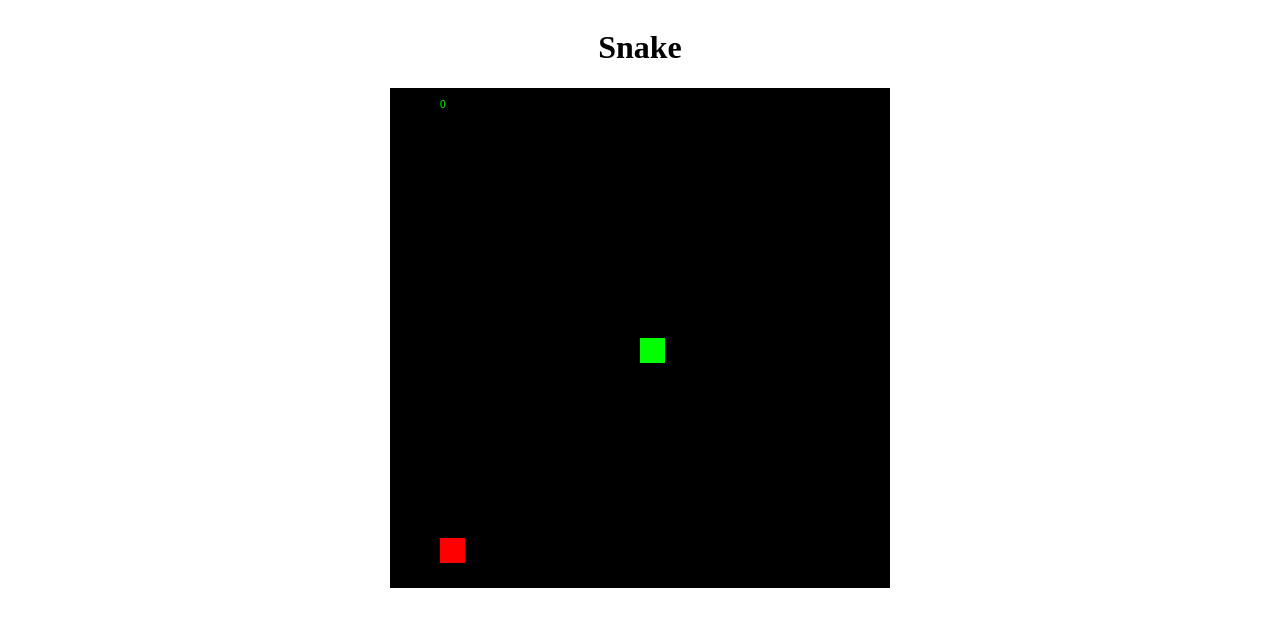
Repository: Siphamandla201/snake
Page: snake.html
An editor plug-in stored every save of this project. The page is shown before and after the next save, followed by the edit.
The browser window is 1280 px wide. The pictures show the whole page.

Above is the page before, as saved 2023-07-25 16:31:35.

After the next save:
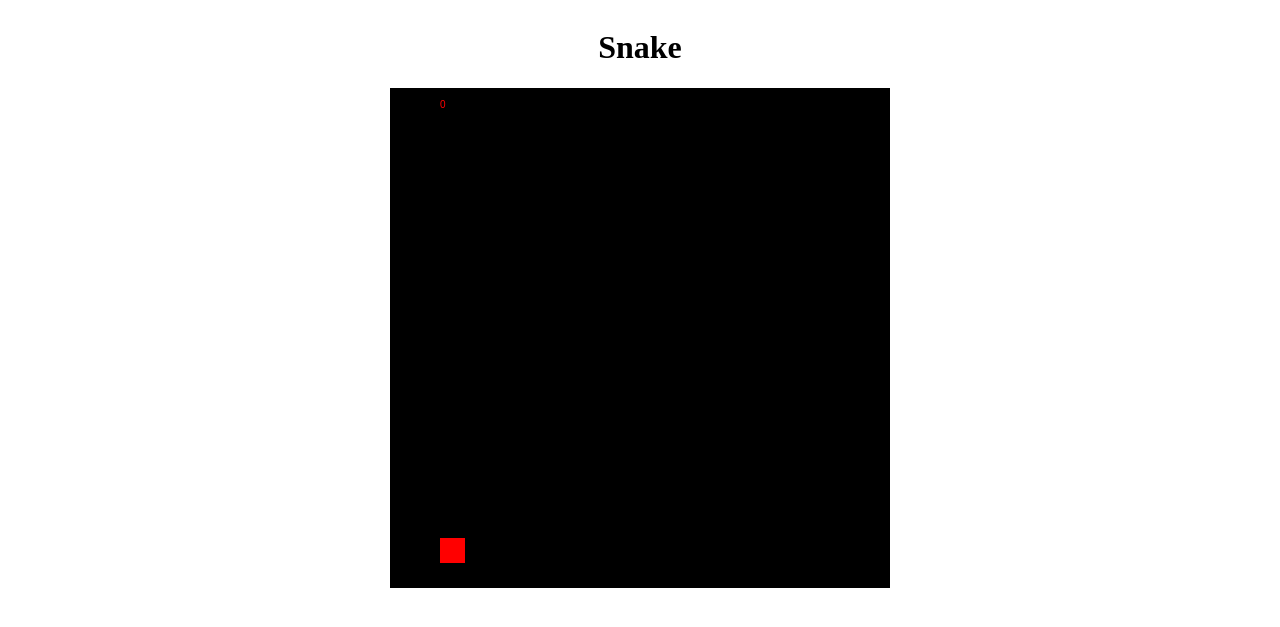
Saved 5 s later.
--- a/snake.js
+++ b/snake.js
@@ -71,9 +71,6 @@
 }
 
 function drawSnake() {
-    context.fillStyle = 'lime';
-
-    context.fillRect(snake.x,snake.y, blockSize, blockSize);
     for(let i = 0; i < snake.snakeBody.length; i++) {
         context.fillRect(snake.snakeBody[i].x, snake.snakeBody[i].y, blockSize, blockSize);
     }

After the 2 saves that followed:
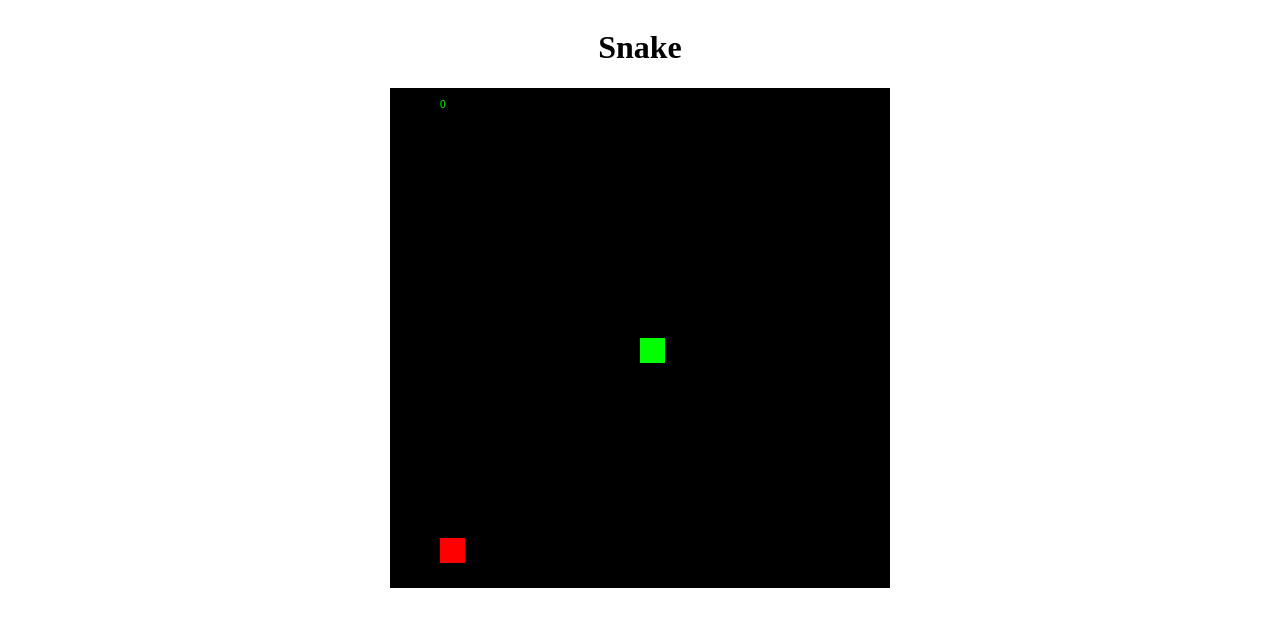
The 2 saves are shown as one change because they came seconds apart.
The last was saved 11 s later.
--- a/snake.js
+++ b/snake.js
@@ -71,6 +71,9 @@
 }
 
 function drawSnake() {
+    context.fillStyle = 'lime';
+
+    context.fillRect(snake.x,snake.y, blockSize, blockSize);
     for(let i = 0; i < snake.snakeBody.length; i++) {
         context.fillRect(snake.snakeBody[i].x, snake.snakeBody[i].y, blockSize, blockSize);
     }
